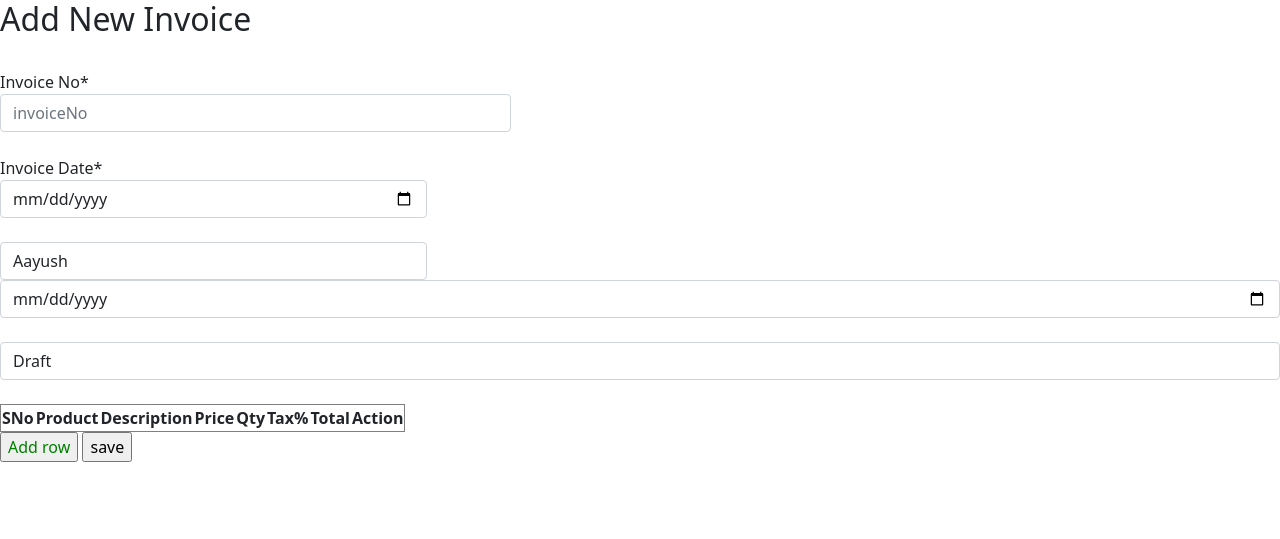
Repository: Aayush13013/Invoice_Management_app
Page: http://localhost/invoiceInfo/WEB-INF/jsp/new_invoiceInfo.jsp
The author's editor kept a copy of each file at every save. The page is drawn from the files as they stood at one save, then again after a run of saves.
The browser window is 1280 px wide. The pictures show the whole page.
The page is served by Tomcat 9. Nobody is signed in. Other server files are loaded and not shown. The template is opened directly, without the code that normally fills it, so the values that code supplies are empty.

Above is the page before, as saved 2021-12-27 16:05:16.

### invoiceInfo/invoiceInfo/src/main/webapp/WEB-INF/jsp/new_invoiceInfo.jsp
<%@ page language="java" contentType="text/html; charset=ISO-8859-1"
	pageEncoding="ISO-8859-1"%>
<%@ taglib prefix="form" uri="http://www.springframework.org/tags/form"%>
<%@ taglib prefix="c" uri="http://java.sun.com/jsp/jstl/core"%>


<!DOCTYPE html>
<html>

<head>
<meta charset="ISO-8859-1">
<title>Add New Invoice</title>
<link
	href="https://cdn.jsdelivr.net/npm/bootstrap@5.0.2/dist/css/bootstrap.min.css"
	rel="stylesheet"
	integrity="sha384-EVSTQN3/azprG1Anm3QDgpJLIm9Nao0Yz1ztcQTwFspd3yD65VohhpuuCOmLASjC"
	crossorigin="anonymous">


</head>

<body>
	<script>
		function addRows(id) {
			var table = document.getElementById(id);
			var array = [ "Computer", "Mobile", "PenDrive", "Mouse" ];

			var rowCount = table.rows.length;
			var row = table.insertRow(rowCount);
			var counts = rowCount - 1;

			var cell0 = row.insertCell(0);
			cell0.innerHTML = rowCount;

			var cell1 = row.insertCell(1);
			var element1 = document.createElement("select");
			element1.name = "listOfProducts[" + counts + "].productName";
			for (var i = 0; i < array.length; i++) {
				var option = document.createElement("option");
				option.value = array[i];
				option.text = array[i];
				element1.appendChild(option);
			}
			cell1.appendChild(element1);

			var cell2 = row.insertCell(2);
			var element2 = document.createElement("textarea");
			element2.type = "text";
			element2.name = "listOfProducts[" + counts + "].description";
			cell2.appendChild(element2);

			var cell3 = row.insertCell(3);
			var element3 = document.createElement("input");
			element3.type = "number";
			element3.name = "listOfProducts[" + counts + "].price";
			cell3.appendChild(element3);

			var cell4 = row.insertCell(4);
			var element4 = document.createElement("input");
			element4.type = "number";
			element4.name = "listOfProducts[" + counts + "].qty";
			cell4.appendChild(element4);

			var cell5 = row.insertCell(5);
			var element5 = document.createElement("input");
			element5.type = "number";
			element5.name = "listOfProducts[" + counts + "].taxPercent";
			cell5.appendChild(element5);

			var cell6 = row.insertCell(6);
			var element6 = document.createElement("input");
			element6.type = "number";
			element6.name = "listOfProducts[" + counts + "].total";
			cell6.appendChild(element6);

		}
	</script>


	<h2>Add New Invoice</h2>
	<br>



	<form:form action="/saveInvoice" modelAttribute="invoiceInfo"
		method="POST">
		<form:hidden path="id" placeholder="id"
			class="form-control mb-4 col-4" />
		<div class="form-row">
			<div class="form-group col-md-2">
				<label>Invoice No*</label>
			</div>
			<div class="form-group col-md-4">
				<form:input type="text" path="invoiceNo" placeholder="invoiceNo"
					class="form-control mb-4 col-4" style="width:511px;" />
			</div>
			<div class="form-group col-md-2">
				<label>Invoice Date*</label>

			</div>
			<div class="form-group col-md-4">
				<form:input type="date" path="invoiceDate" placeholder="invoiceDate"
					class="form-control mb-4 col-4" />
			</div>
		</div>
		<div class="form-row">
			<div class="form-group col-md-4">
				<form:select path="billTo" class="form-control"
					required="required">
					<optgroup label="Select_Customer">
						<form:option value="Aayush"></form:option>
						<form:option value="Shridhar"></form:option>
						<form:option value="Suneel"></form:option>
						<form:option value="Lekhana"></form:option>
					</optgroup>
				</form:select>
			</div>

			<div class="form-group ">
				<form:input type="date" path="dueDate" placeholder="dueDate"
					class="form-control mb-4 col-4" />
			</div>
		</div>
		<div>
			<form:select path="status" class="form-control mb-4 col-4">
				<optgroup label="Select_Status">
					<form:option value="Draft"></form:option>
					<form:option value="Sent"></form:option>
					<form:option value="Paid"></form:option>
				</optgroup>
			</form:select>
		</div>




		<table id="myTable" border="1">
			<thead>
				<tr>
					<th>SNo</th>
					<th>Product</th>
					<th>Description</th>
					<th>Price</th>
					<th>Qty</th>
					<th>Tax%</th>
					<th>Total</th>
					<th>Action</th>
				</tr>

			</thead>

		</table>
		<input type="button" value="Add row" onclick="addRows('myTable')"
			style="color: green;" />
		<input type="submit" value="save" />
	</form:form>
</body>

</html>

After the next 2 saves:
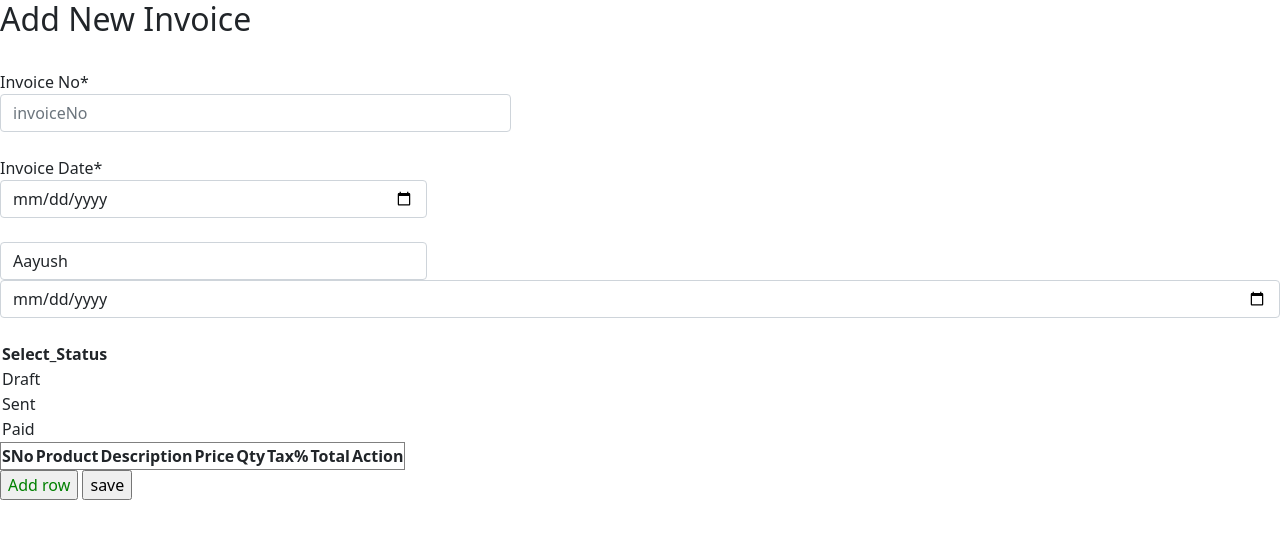
The 2 saves are shown as one change because they came seconds apart.
The last was saved 7 s later.
--- a/invoiceInfo/invoiceInfo/src/main/webapp/WEB-INF/jsp/new_invoiceInfo.jsp
+++ b/invoiceInfo/invoiceInfo/src/main/webapp/WEB-INF/jsp/new_invoiceInfo.jsp
@@ -121,7 +121,7 @@
 					class="form-control mb-4 col-4" />
 			</div>
 		</div>
-		<div>
+		<div class=">
 			<form:select path="status" class="form-control mb-4 col-4">
 				<optgroup label="Select_Status">
 					<form:option value="Draft"></form:option>

After the save that followed:
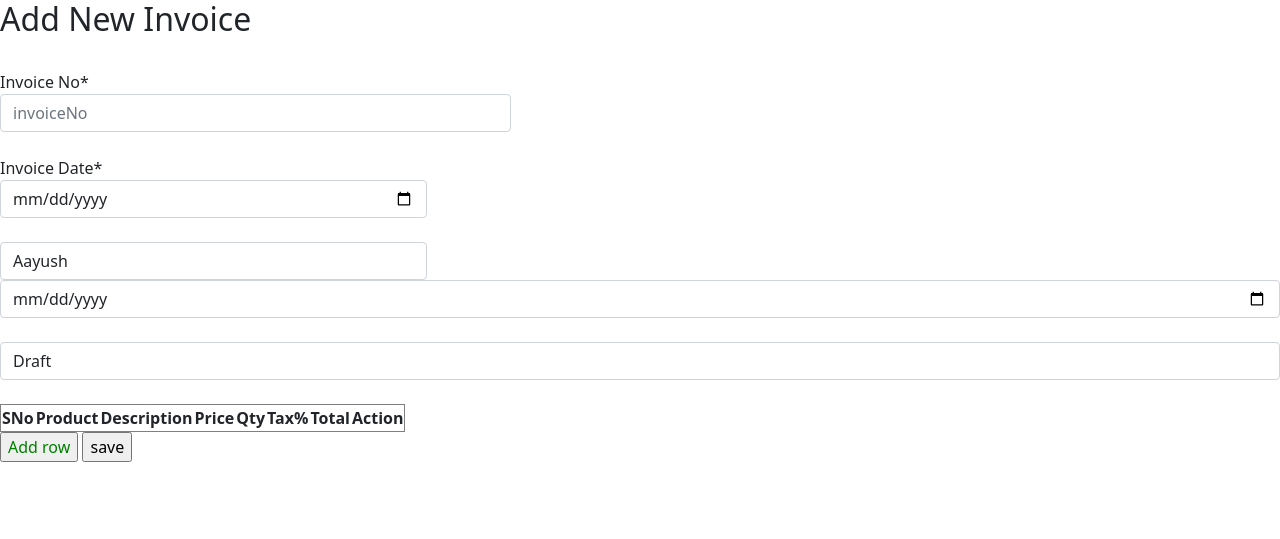
Saved 5 s later.
--- a/invoiceInfo/invoiceInfo/src/main/webapp/WEB-INF/jsp/new_invoiceInfo.jsp
+++ b/invoiceInfo/invoiceInfo/src/main/webapp/WEB-INF/jsp/new_invoiceInfo.jsp
@@ -121,7 +121,7 @@
 					class="form-control mb-4 col-4" />
 			</div>
 		</div>
-		<div class=">
+		<div class=""form-row>
 			<form:select path="status" class="form-control mb-4 col-4">
 				<optgroup label="Select_Status">
 					<form:option value="Draft"></form:option>
